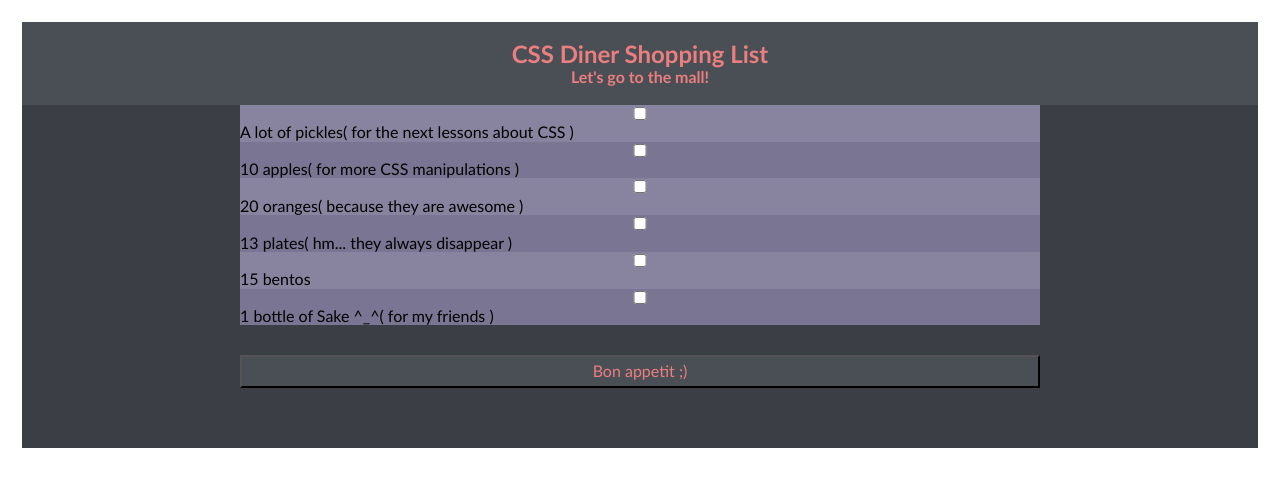
Repository: shpakovskaya/github.io
Page: selector css/shopping list/index.html
These files come from the project's save history. The page is drawn as it stood at one moment and after the next save; the edit follows.
The browser window is 1280 px wide. The pictures show the whole page.

Above is the page before, as saved 2021-11-05 23:49:14.

After the next save:
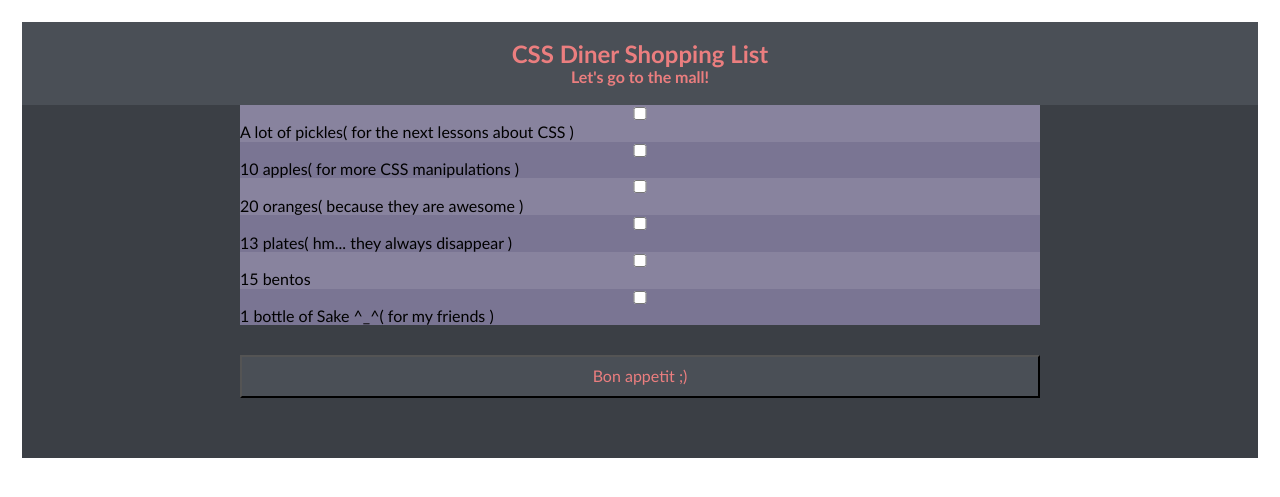
Saved 20 s later.
--- a/selector css/shopping list/style.css
+++ b/selector css/shopping list/style.css
@@ -87,7 +87,7 @@
   /* box-sizing: border-box; */
   background: #4a4f56;
   color: #eb7e7f;
-  padding: 5px 0 5px 0;
+  padding: 10px 0 10px 0;
 }
 
 input[type="checkbox"] :checked {
